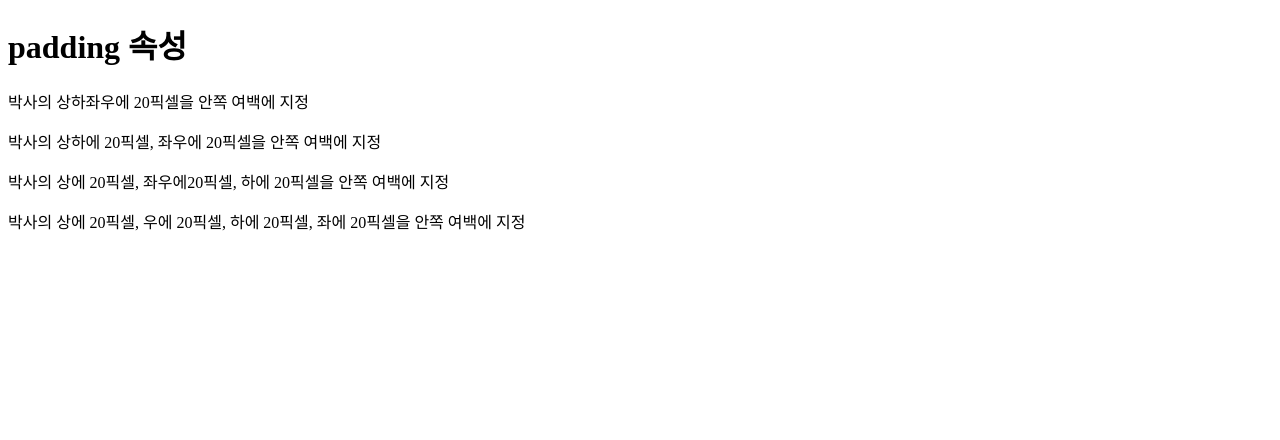
Repository: cussip/SuperHands
Page: WebExam/src/main/webapp/css/box_model/padding2.html
An editor plug-in stored every save of this project. The page is shown before and after the next save, followed by the edit.
The browser window is 1280 px wide. The pictures show the whole page.

Above is the page before, as saved 2022-01-31 05:25:27.

### WebExam/src/main/webapp/css/box_model/padding2.html
<!DOCTYPE html>
<html>
<head>
	<meta charset="UTF-8">
	<title>padding2.html</title>
</head>
<body>
	<h1>padding 속성</h1>
	<p class="box1">박사의 상하좌우에 20픽셀을 안쪽 여백에 지정</p>
	<p class="box2">박사의 상하에 20픽셀, 좌우에 20픽셀을 안쪽 여백에 지정</p>
	<p class="box3">박사의 상에 20픽셀, 좌우에20픽셀, 하에 20픽셀을 안쪽 여백에 지정</p>
	<p class="box4">박사의 상에 20픽셀, 우에 20픽셀, 하에 20픽셀, 좌에 20픽셀을 안쪽 여백에 지정</p>
</body>
</html>

After the next save:
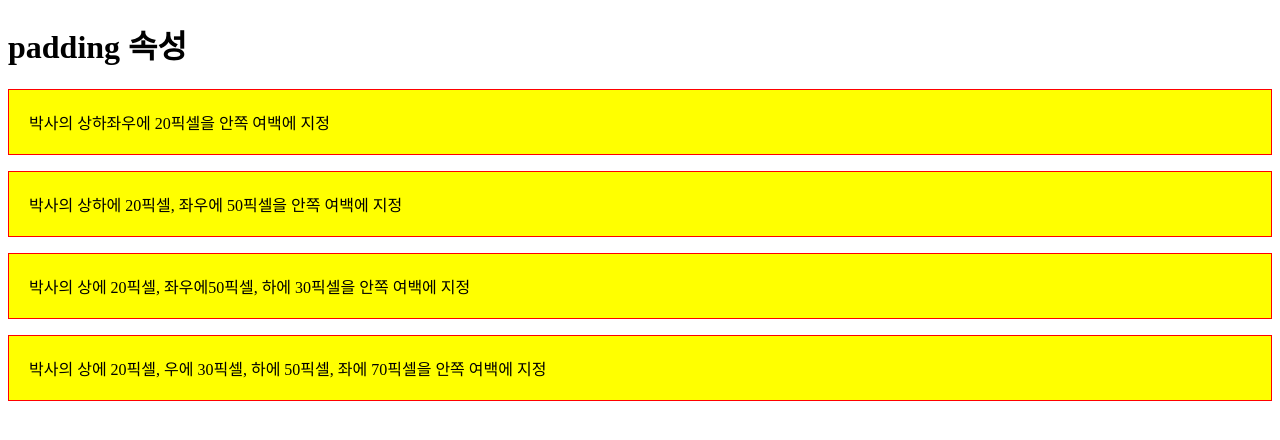
Saved 3 min 20 s later.
--- a/WebExam/src/main/webapp/css/box_model/padding2.html
+++ b/WebExam/src/main/webapp/css/box_model/padding2.html
@@ -3,12 +3,22 @@
 <head>
 	<meta charset="UTF-8">
 	<title>padding2.html</title>
+	<style type="text/css">
+		p {
+			border: 1px solid red;
+			background: yellow;
+		}
+		.box1 { padding: 20px; }
+		.box2 { padding: 20px; }
+		.box3 { padding: 20px; }
+		.box4 { padding: 20px; }
+	</style>
 </head>
 <body>
 	<h1>padding 속성</h1>
 	<p class="box1">박사의 상하좌우에 20픽셀을 안쪽 여백에 지정</p>
-	<p class="box2">박사의 상하에 20픽셀, 좌우에 20픽셀을 안쪽 여백에 지정</p>
-	<p class="box3">박사의 상에 20픽셀, 좌우에20픽셀, 하에 20픽셀을 안쪽 여백에 지정</p>
-	<p class="box4">박사의 상에 20픽셀, 우에 20픽셀, 하에 20픽셀, 좌에 20픽셀을 안쪽 여백에 지정</p>
+	<p class="box2">박사의 상하에 20픽셀, 좌우에 50픽셀을 안쪽 여백에 지정</p>
+	<p class="box3">박사의 상에 20픽셀, 좌우에50픽셀, 하에 30픽셀을 안쪽 여백에 지정</p>
+	<p class="box4">박사의 상에 20픽셀, 우에 30픽셀, 하에 50픽셀, 좌에 70픽셀을 안쪽 여백에 지정</p>
 </body>
 </html>
